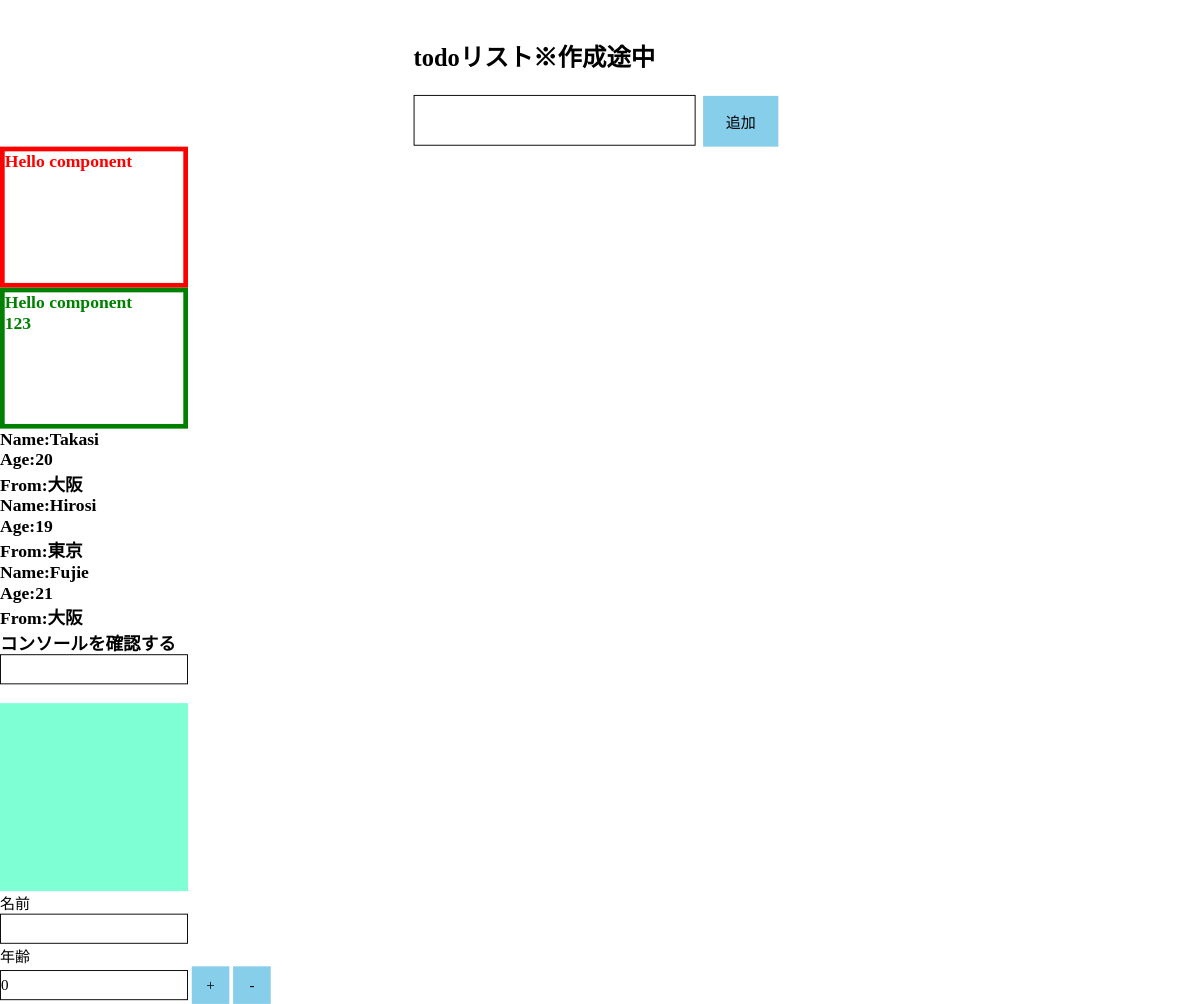
Repository: FujieRyou/react_practice
Page: /
The author's editor kept a copy of each file at every save. The page is drawn from the files as they stood at one save, then again after the next save.
The browser window is 1280 px wide. The pictures show the whole page, at 94% of full size.
The project was rebuilt for these pictures with package versions that can differ from the ones it lists, and the page was loaded fresh each time. Also part of the build but not shown: vite.config.js, src/components/testComponent.jsx, src/components/countUp.jsx, src/components/switchFlag.jsx.

Above is the page before, as saved 2023-01-19 05:24:55.

After the next save:
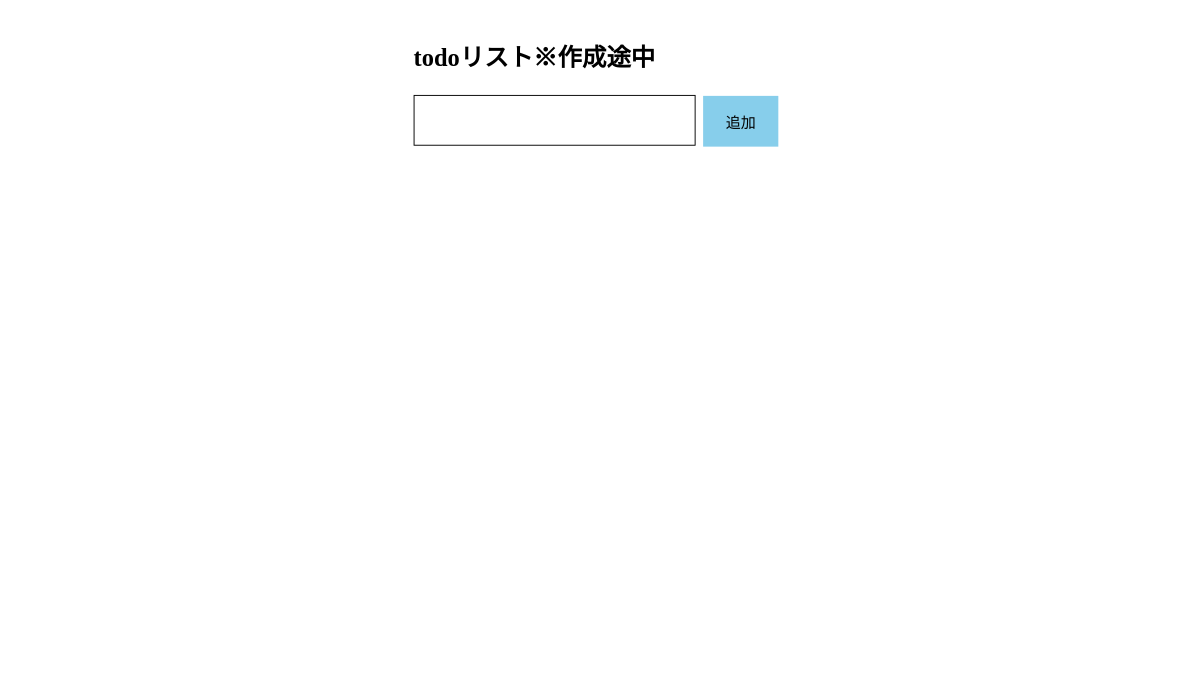
Saved 6 h 46 min later.
--- a/src/App.jsx
+++ b/src/App.jsx
@@ -32,7 +32,7 @@ const App = () =>{
       {/* <SwitchFlag /> */}
 
     {/* props練習 */}
-    <PropsPractice color="red"/>
+    {/* <PropsPractice color="red"/>
     <PropsPractice num={123}/>
 
     <Profile
@@ -49,7 +49,7 @@ const App = () =>{
 
     <ChangeIvent />
 
-    <InputInterlocking />
+    <InputInterlocking /> */}
 
     </div>
 
